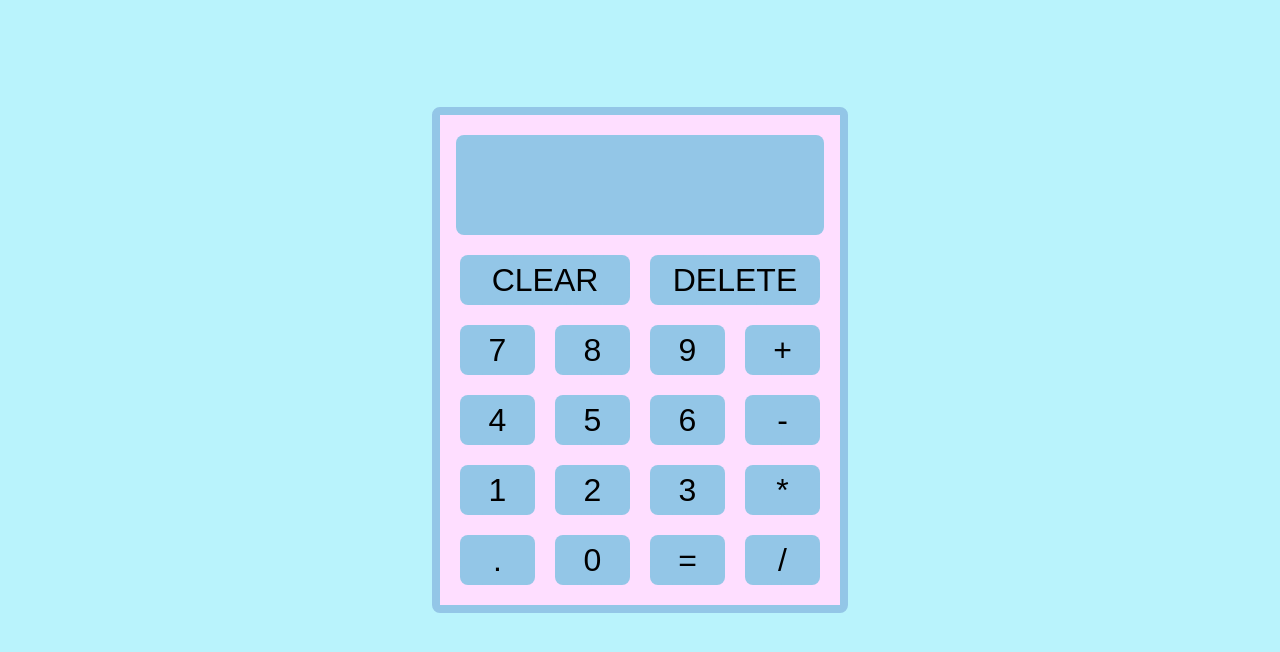
Repository: yeetzpxoci/calculator
Page: index.html
The author's editor kept a copy of each file at every save. The page is drawn from the files as they stood at one save, then again after the next save.
The browser window is 1280 px wide. The pictures show the whole page.

Above is the page before, as saved 2023-02-05 11:32:12.

After the next save:
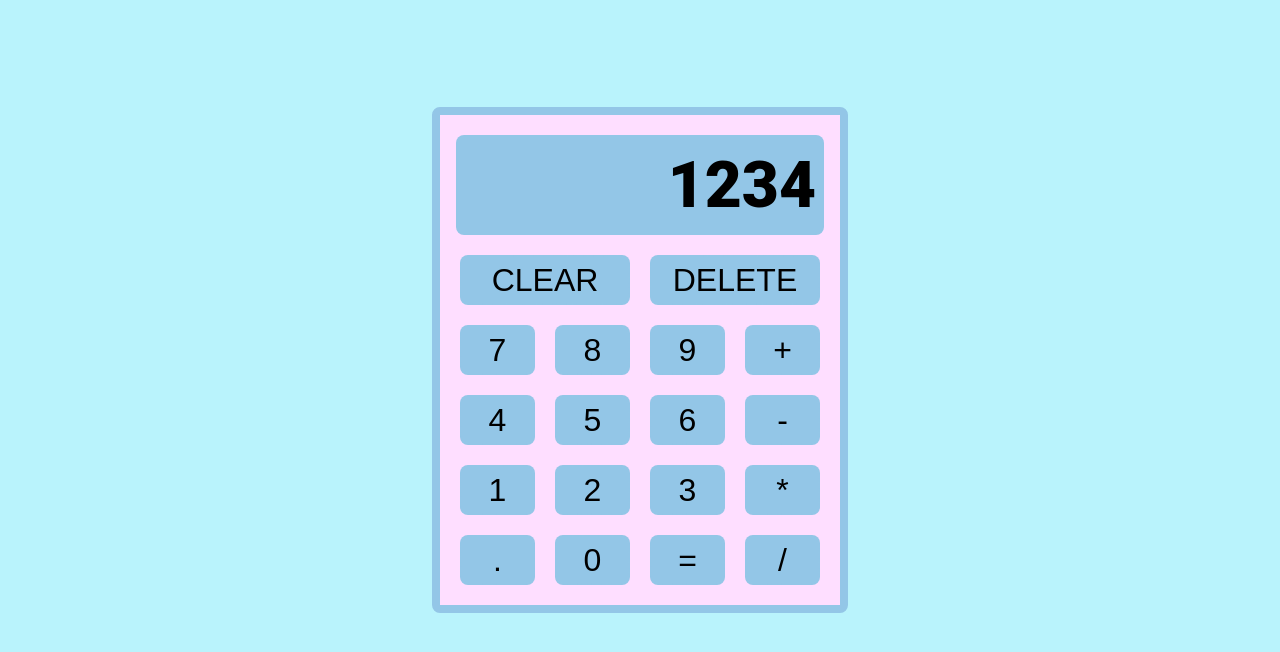
Console error: SyntaxError: Unexpected token ')'
Saved 104 s later.
--- a/script.js
+++ b/script.js
@@ -66,7 +66,7 @@
 })
 
 document.querySelector(".equal-button").addEventListener("click", function () {
-    if (operator_clicked) {
+    if (current_operator !== "")) {
         second_value = toString(display.innerHTML);
         display.innerHTML = operate(current_operator, first_value, second_value);
     }

After the save that followed:
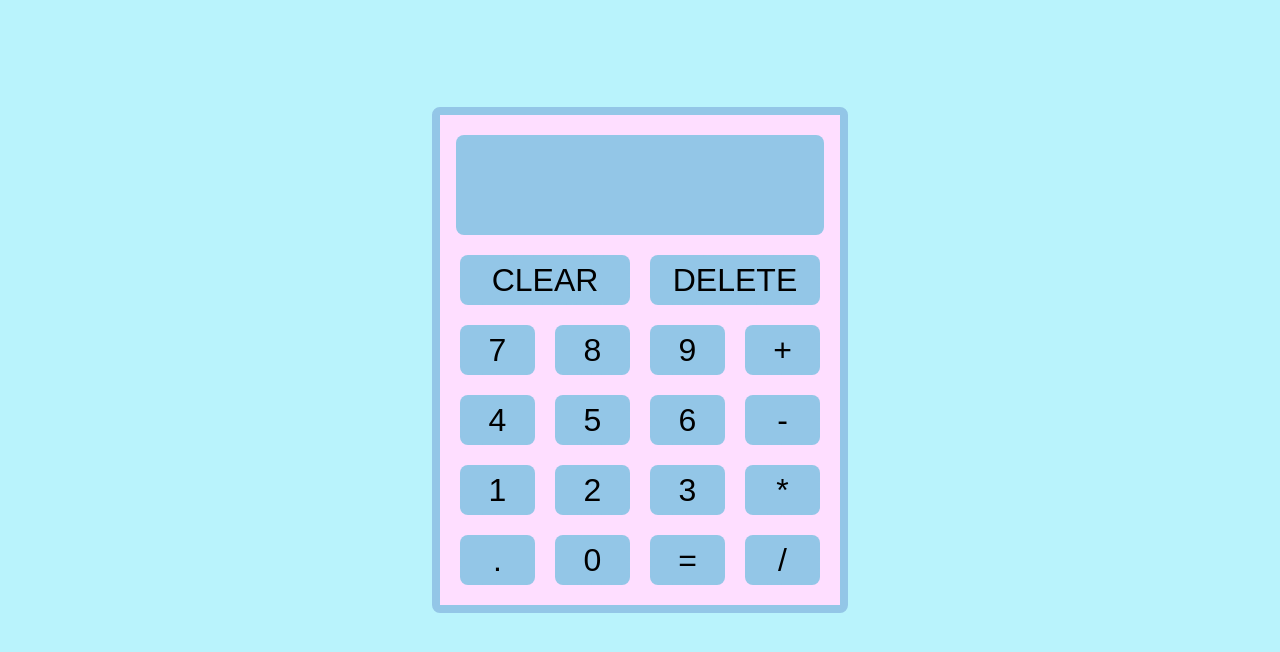
The error is gone.
Saved 5 s later.
--- a/script.js
+++ b/script.js
@@ -66,7 +66,7 @@
 })
 
 document.querySelector(".equal-button").addEventListener("click", function () {
-    if (current_operator !== "")) {
+    if (current_operator !== "") {
         second_value = toString(display.innerHTML);
         display.innerHTML = operate(current_operator, first_value, second_value);
     }
